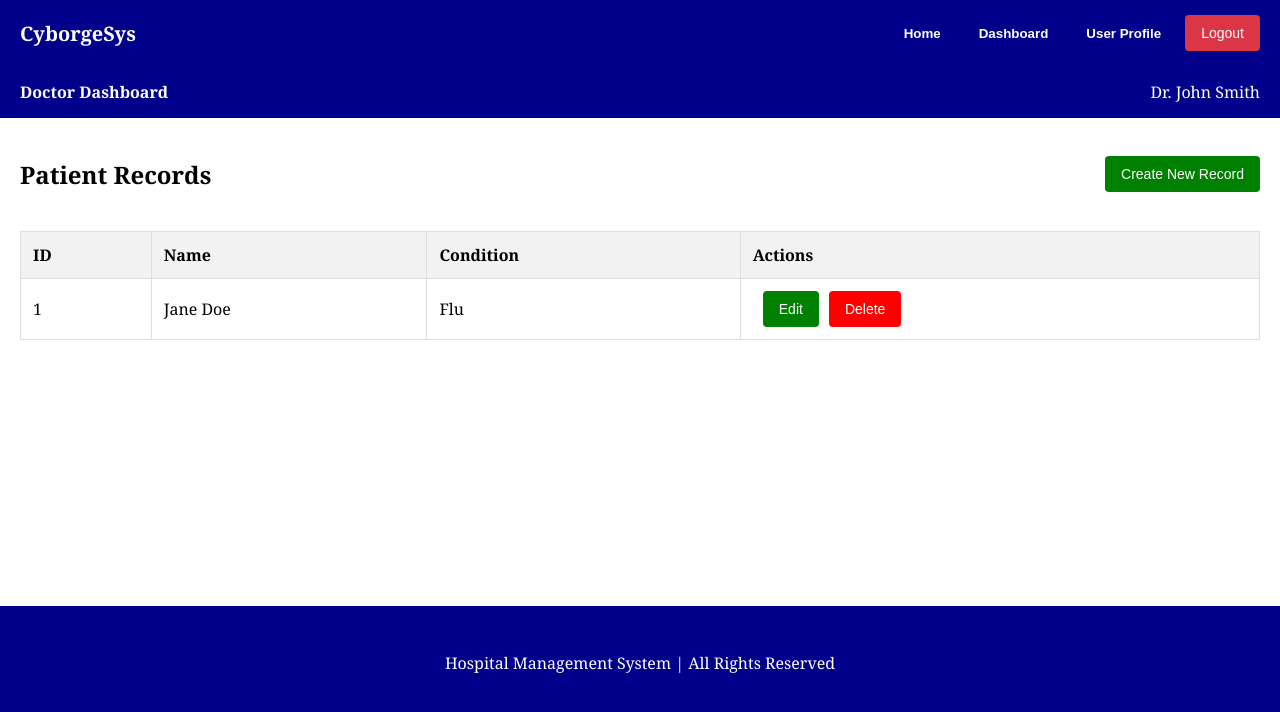
Repository: BinuriJ/HospitalSystem
Page: http://localhost/CyborgSys/DoctorDashboard.jsp
These files come from the project's save history. The page is drawn as it stood at one moment and after a run of saves; the edit follows.
The browser window is 1280 px wide. The pictures show the whole page.
The page is served by Tomcat 9.

Above is the page before, as saved 2025-05-09 17:55:39.

After the next 2 saves:
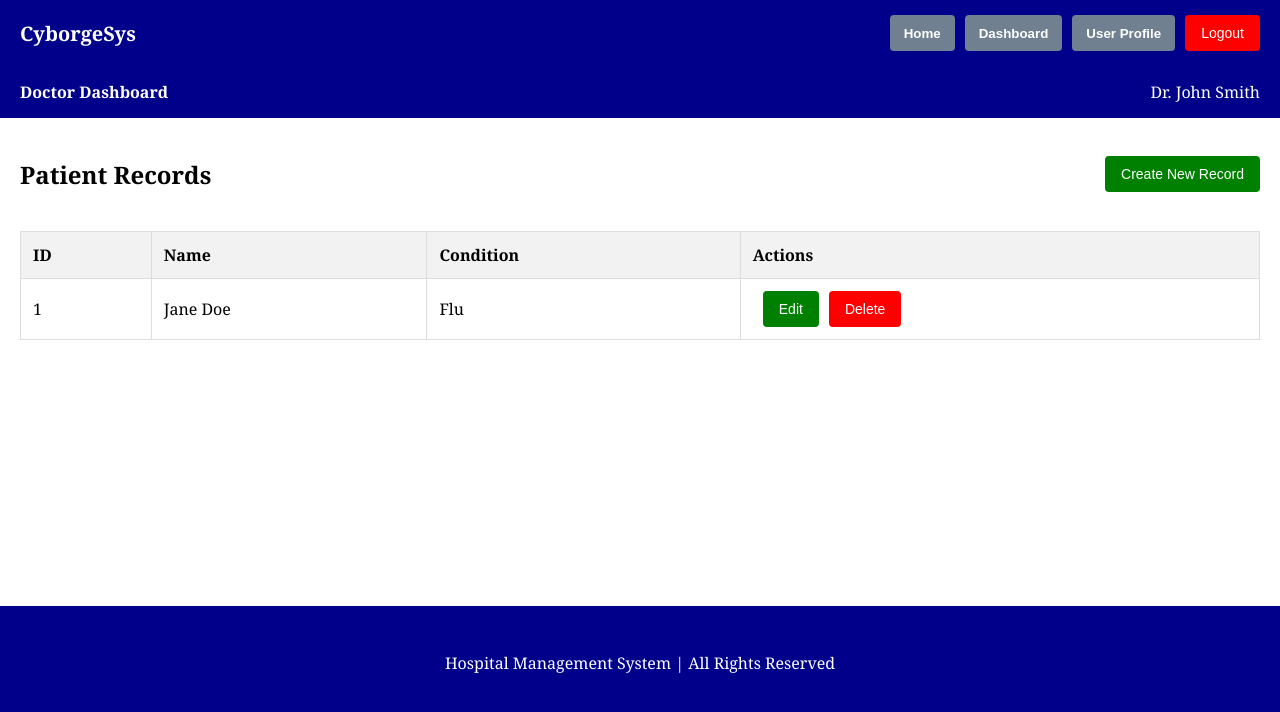
The 2 saves are shown as one change because they came seconds apart.
The last was saved 2 min 20 s later.
--- a/CyborgSys/WebContent/HeaderCss.jsp
+++ b/CyborgSys/WebContent/HeaderCss.jsp
@@ -24,7 +24,7 @@ body {
 }
 
 .header-btn {
-  background-color: darkblue;
+  background-color: slategray;
   color: white;
   border: none;
   padding: 8px 14px;
@@ -38,11 +38,11 @@ body {
 }
 
 .btn-logout {
-  background-color: #dc3545;
+  background-color: red;
   color: white;
 }
 
 .btn-logout:hover {
-  background-color: #c82333;
+  background-color: darkred;
 }
 </style>
